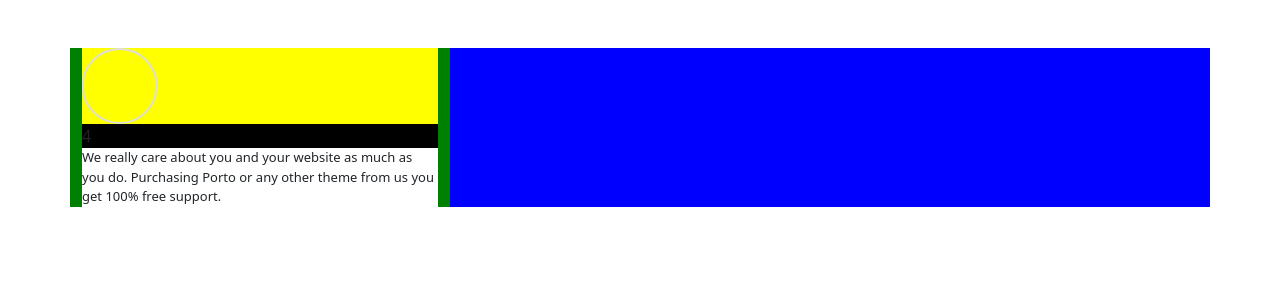
Repository: NguyenDo13/BE2-NhomH
Page: module-9/index/index.html
The author's editor kept a copy of each file at every save. The page is drawn from the files as they stood at one save, then again after the next save.
The browser window is 1280 px wide. The pictures show the whole page.

Above is the page before, as saved 2022-05-15 11:21:59.

### module-9/index/index.html
<!DOCTYPE html>
<html lang="en">

<head>
    <meta charset="UTF-8" />
    <meta http-equiv="X-UA-Compatible" content="IE=edge" />
    <meta name="viewport" content="width=device-width, initial-scale=1.0" />
    <link rel="stylesheet" href="public/css/style.css" />
    <link rel="stylesheet" href="public/css/bootstrap.min.css" />
    <link rel="stylesheet" href="https://cdnjs.cloudflare.com/ajax/libs/font-awesome/5.15.3/css/all.min.css" />
    <title>Document</title>
</head>

<body>
    <div class="pt-5 pb-4">
        <!-- chia hàng -->
        <div class="container">
            <div class="row">
                <!-- chia cột -->
                <div class="vc_column_container col-md-4">
                    <div class="portoContainer vc_column-inner">
                        <div class="portoTop">
                            <div class="portoTopicon" style="text-align: center;">
                                <div class="porto-icon advanced">

                                </div>
                                <i class="Simple-Line-Icons-action-undo"> </i>
                            </div>
                        </div>
                        <div class="portoheader">4</div>
                        <div class="portodescription" style="font-size: 13px">
                            We really care about you and your website as much as you do. Purchasing Porto or any other theme from us you get 100% free support.
                        </div>
                    </div>
                </div>
            </div>
        </div>
    </div>
</body>

</html>

### module-9/index/public/css/style.css
body {
    font-size: 13px;
    line-height: 22px;
    font-family: 'Open Sans', sans-serif;
    background: #fff;
}

.portoTotal {
    background-color: red;
}

.container {}

.row {
    background-color: blue;
    display: flex;
    flex-wrap: wrap;
}

.vc_column_container {
    background-color: green;
}

.portoContainer {
    background-color: yellow;
}

.portotop {}

.portoTopicon {
    color: #0088cc;
    background: transparent;
    border-style: solid;
    border-color: #dddddd;
    border-width: 2px;
    width: 76px;
    height: 76px;
    line-height: 76px;
    border-radius: 40px;
    font-size: 40px;
}

.portoheader {
    background-color: black;
}

.portodescription {
    background-color: white;
}

Loaded but not shown: module-9/index/public/css/bootstrap.min.css (library)

After the next save:
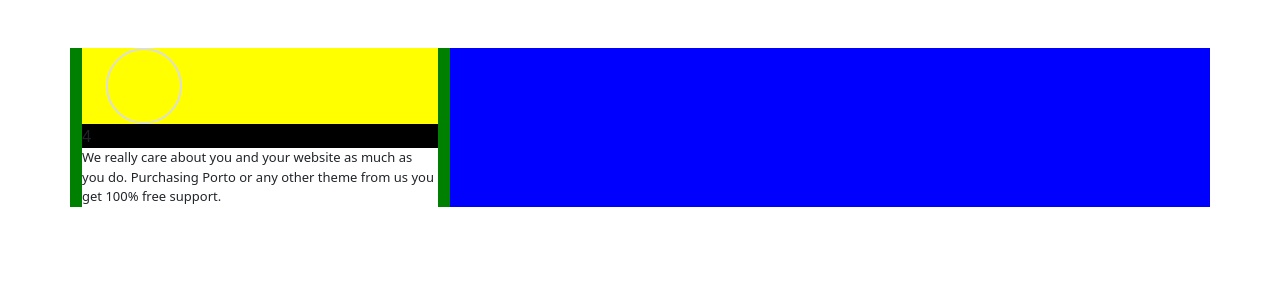
Saved 39 s later.
--- a/module-9/index/index.html
+++ b/module-9/index/index.html
@@ -19,7 +19,7 @@
                 <!-- chia cột -->
                 <div class="vc_column_container col-md-4">
                     <div class="portoContainer vc_column-inner">
-                        <div class="portoTop">
+                        <div class="portoTop px-4 style_1 top-icon">
                             <div class="portoTopicon" style="text-align: center;">
                                 <div class="porto-icon advanced">
 
